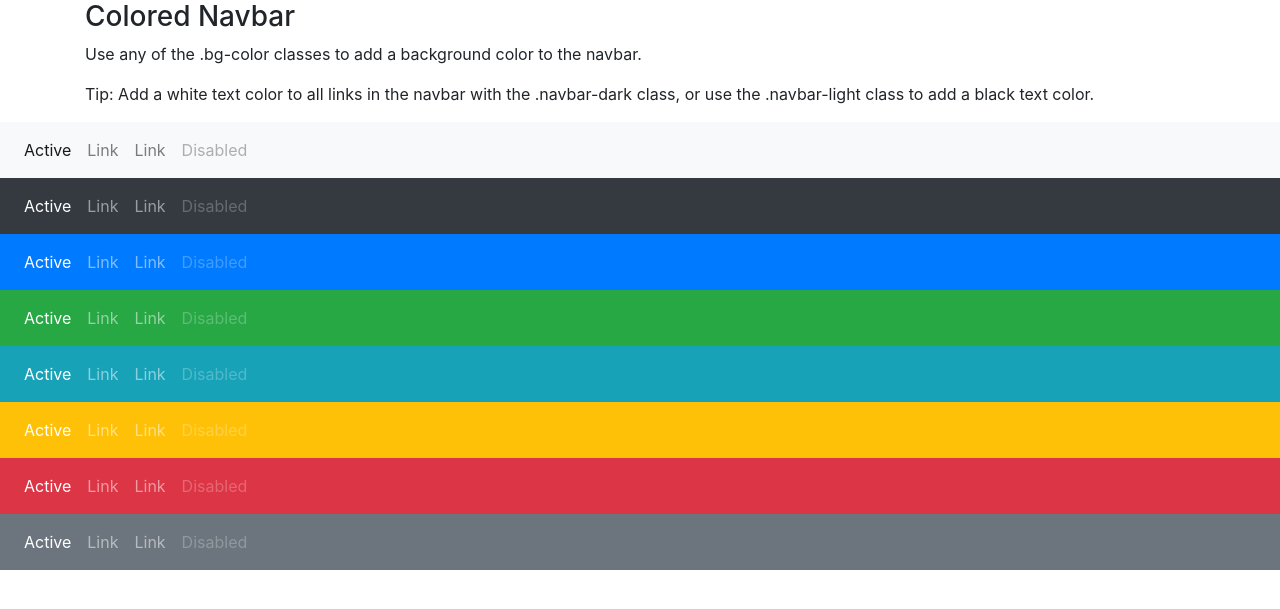
Repository: kimhaengun/Jsp-Blog
Page: http://localhost/blog/board/list.jsp
An editor plug-in stored every save of this project. The page is shown before and after the next save, followed by the edit.
The browser window is 1280 px wide. The pictures show the whole page.
The page is served by Tomcat 9. Nobody is signed in. The application's start-up code is not run.

Above is the page before, as saved 2021-01-04 00:44:49.

After the next save:
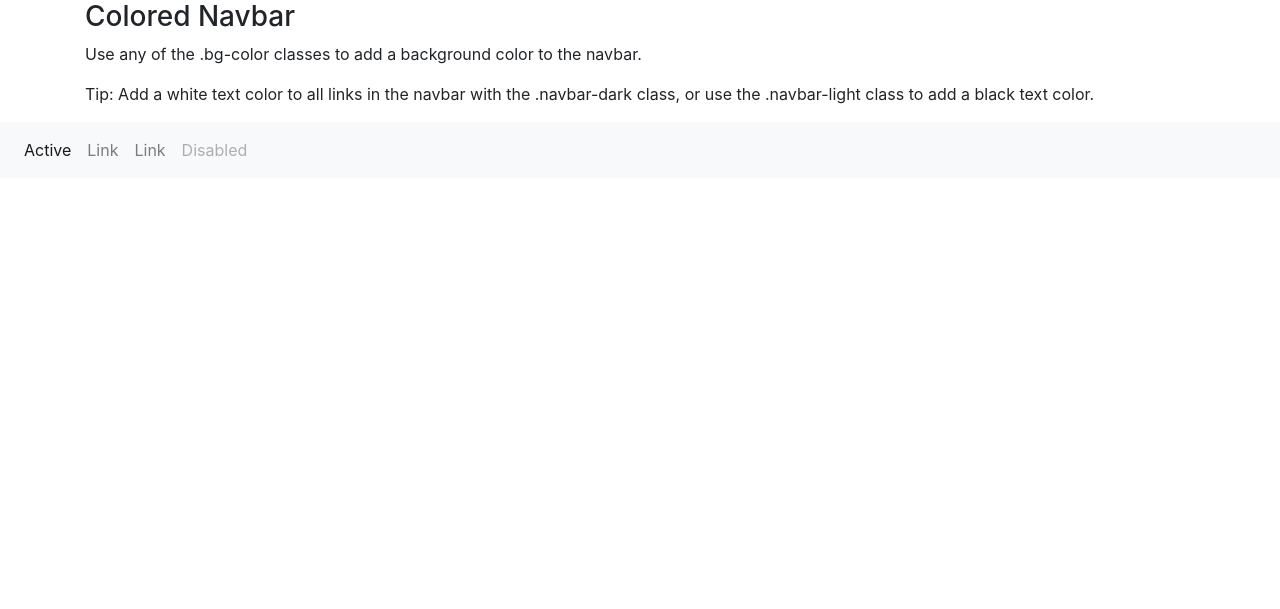
Saved 92 s later.
--- a/blog/WebContent/board/list.jsp
+++ b/blog/WebContent/board/list.jsp
@@ -36,124 +36,6 @@
   </ul>
 </nav>
 
-<nav class="navbar navbar-expand-sm bg-dark navbar-dark">
-  <ul class="navbar-nav">
-    <li class="nav-item active">
-      <a class="nav-link" href="#">Active</a>
-    </li>
-    <li class="nav-item">
-      <a class="nav-link" href="#">Link</a>
-    </li>
-    <li class="nav-item">
-      <a class="nav-link" href="#">Link</a>
-    </li>
-    <li class="nav-item">
-      <a class="nav-link disabled" href="#">Disabled</a>
-    </li>
-  </ul>
-</nav>
-
-<nav class="navbar navbar-expand-sm bg-primary navbar-dark">
-  <ul class="navbar-nav">
-    <li class="nav-item active">
-      <a class="nav-link" href="#">Active</a>
-    </li>
-    <li class="nav-item">
-      <a class="nav-link" href="#">Link</a>
-    </li>
-    <li class="nav-item">
-      <a class="nav-link" href="#">Link</a>
-    </li>
-    <li class="nav-item">
-      <a class="nav-link disabled" href="#">Disabled</a>
-    </li>
-  </ul>
-</nav>
-
-<nav class="navbar navbar-expand-sm bg-success navbar-dark">
-  <ul class="navbar-nav">
-    <li class="nav-item active">
-      <a class="nav-link" href="#">Active</a>
-    </li>
-    <li class="nav-item">
-      <a class="nav-link" href="#">Link</a>
-    </li>
-    <li class="nav-item">
-      <a class="nav-link" href="#">Link</a>
-    </li>
-    <li class="nav-item">
-      <a class="nav-link disabled" href="#">Disabled</a>
-    </li>
-  </ul>
-</nav>
-
-<nav class="navbar navbar-expand-sm bg-info navbar-dark">
-  <ul class="navbar-nav">
-    <li class="nav-item active">
-      <a class="nav-link" href="#">Active</a>
-    </li>
-    <li class="nav-item">
-      <a class="nav-link" href="#">Link</a>
-    </li>
-    <li class="nav-item">
-      <a class="nav-link" href="#">Link</a>
-    </li>
-    <li class="nav-item">
-      <a class="nav-link disabled" href="#">Disabled</a>
-    </li>
-  </ul>
-</nav>
-
-<nav class="navbar navbar-expand-sm bg-warning navbar-dark">
-  <ul class="navbar-nav">
-    <li class="nav-item active">
-      <a class="nav-link" href="#">Active</a>
-    </li>
-    <li class="nav-item">
-      <a class="nav-link" href="#">Link</a>
-    </li>
-    <li class="nav-item">
-      <a class="nav-link" href="#">Link</a>
-    </li>
-    <li class="nav-item">
-      <a class="nav-link disabled" href="#">Disabled</a>
-    </li>
-  </ul>
-</nav>
-
-<nav class="navbar navbar-expand-sm bg-danger navbar-dark">
-  <ul class="navbar-nav">
-    <li class="nav-item active">
-      <a class="nav-link" href="#">Active</a>
-    </li>
-    <li class="nav-item">
-      <a class="nav-link" href="#">Link</a>
-    </li>
-    <li class="nav-item">
-      <a class="nav-link" href="#">Link</a>
-    </li>
-    <li class="nav-item">
-      <a class="nav-link disabled" href="#">Disabled</a>
-    </li>
-  </ul>
-</nav>
-
-<nav class="navbar navbar-expand-sm bg-secondary navbar-dark">
-  <ul class="navbar-nav">
-    <li class="nav-item active">
-      <a class="nav-link" href="#">Active</a>
-    </li>
-    <li class="nav-item">
-      <a class="nav-link" href="#">Link</a>
-    </li>
-    <li class="nav-item">
-      <a class="nav-link" href="#">Link</a>
-    </li>
-    <li class="nav-item">
-      <a class="nav-link disabled" href="#">Disabled</a>
-    </li>
-  </ul>
-</nav>
 
 </body>
 </html>
